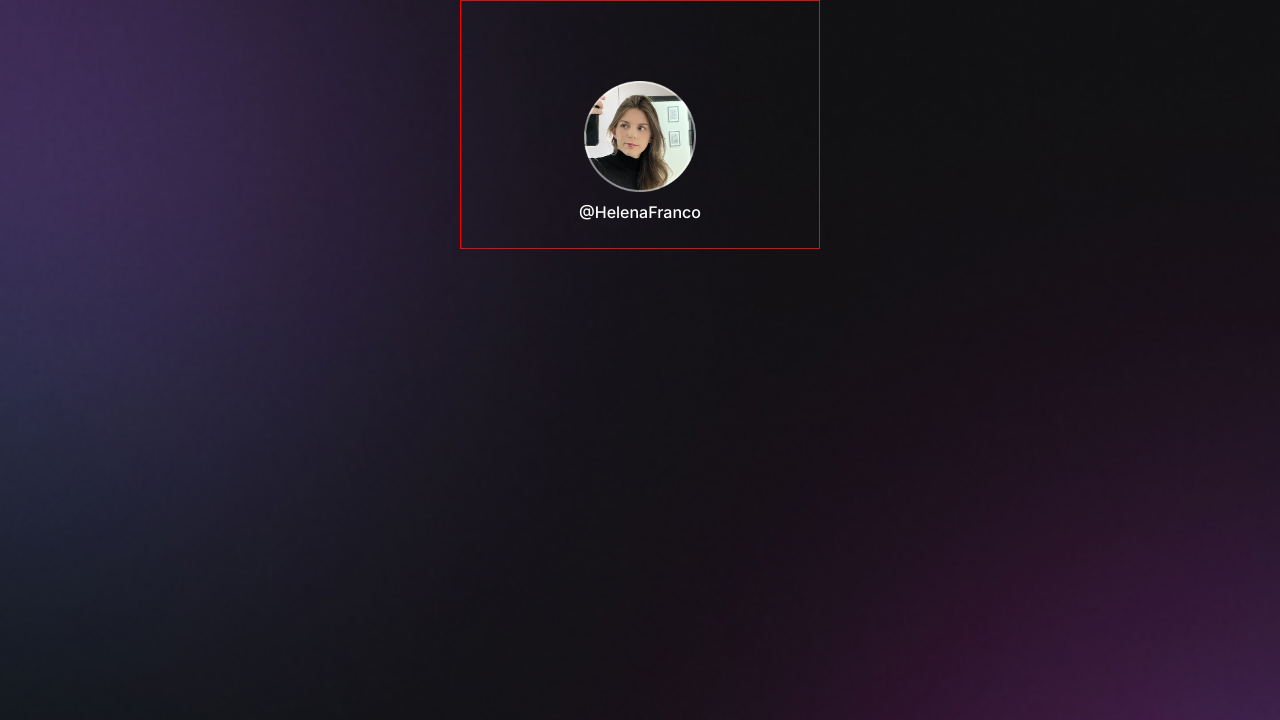
Repository: Fr4nc021/Pagina-de-links-
Page: index.html
These files come from the project's save history. The page is drawn as it stood at one moment and after the next save; the edit follows.
The browser window is 1280 px wide. The pictures show the whole page.

Above is the page before, as saved 2025-02-07 16:44:32.

### index.html
<!DOCTYPE html>
<html lang="pt-br">
<head>
    <link rel="preconnect" href="https://fonts.googleapis.com">
    <link rel="preconnect" href="https://fonts.gstatic.com" crossorigin>
    <link href="https://fonts.googleapis.com/css2?family=Inter:ital,opsz,wght@0,14..32,100..900;1,14..32,100..900&display=swap" rel="stylesheet">
    <meta charset="UTF-8">
    <meta name="viewport" content="width=device-width, initial-scale=1.0">
    <title>DevLinks</title>
    <link rel="stylesheet" href="style.css">
</head>
<body>
    <div id="container">
    <div id="profile">
        <img
        src="./assets/avatar.png"
        alt="Foto da Helena Franco sorrindo">
        <p>@HelenaFranco</p>
    </div>
    </div>
</body>
</html>

### style.css
* {
    margin: 0%;
    padding: 0%;
    box-sizing: border-box;
}


body {
background: url(./assets/bg-mobile.jpg) no-repeat top center/cover;
}

body * {
        font-family: "Inter", sans-serif;
        color: #ffffff
      }

#container {
    width: 360px;
    border: 1px solid red;
    margin: auto;
}

#profile img {
    width: 112px;
    display: block;
    margin: auto;
    margin-top: 56px;

}

#profile {
    text-align: center;
    padding: 24px;
}

#profile p {
    font-weight: 500;
    line-height: 24px;
    margin-top: 8px;
}

After the next save:
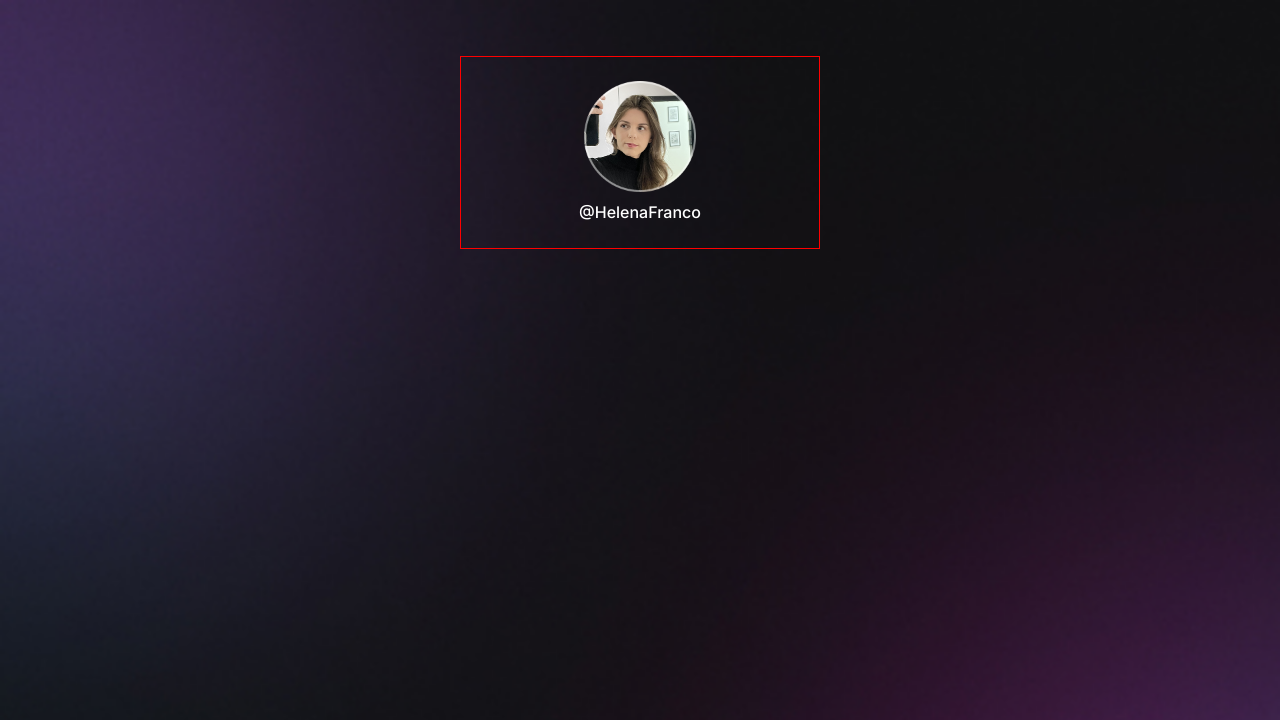
Saved 32 s later.
--- a/style.css
+++ b/style.css
@@ -18,13 +18,13 @@ body * {
     width: 360px;
     border: 1px solid red;
     margin: auto;
+    margin-top: 56px;
 }
 
 #profile img {
     width: 112px;
     display: block;
     margin: auto;
-    margin-top: 56px;
 
 }
 
